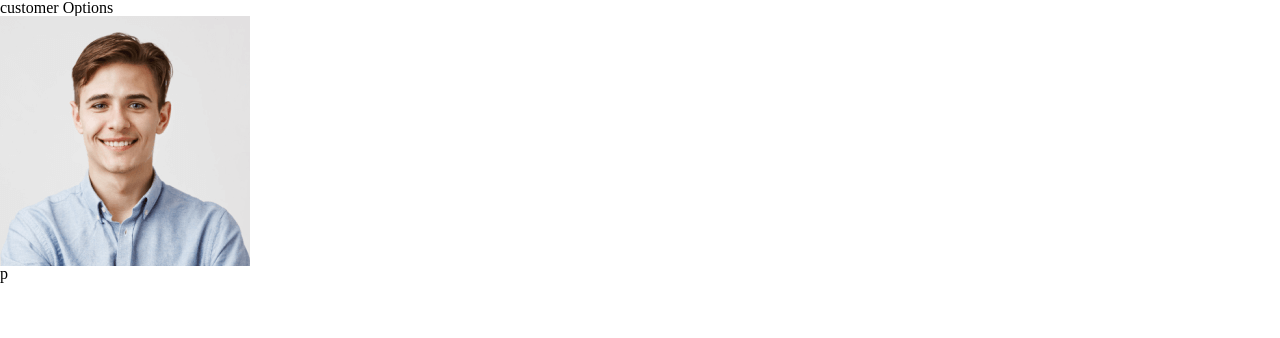
Repository: dinhhaidh/slider-3
Page: index.html
An editor plug-in stored every save of this project. The page is shown before and after the next save, followed by the edit.
The browser window is 1280 px wide. The pictures show the whole page.

Above is the page before, as saved 2024-03-22 20:06:57.

### index.html
<!DOCTYPE html>
<html lang="en">
<head>
    <meta charset="UTF-8">
    <meta name="viewport" content="width=device-width, initial-scale=1.0">
    <title>Document</title>

    <link rel="stylesheet" href="style.css">

</head>
<body>
    <div class="customer">
        <h3 class="customer__title">customer Options</h3>
        <div class="customer__container container">
            <div class="customer__swiper">
                <div>
                    <article class="customer__article">
                        <img src="./img1.png" alt="image" class="customer__img">

                        p
                    </article>
                </div>
            </div>
        </div>
    </div>
</body>
</html>

### style.css
*,
*:before,
*:after {
  box-sizing: border-box;
}
* {
  margin: 0;
  padding: 0;
  font: inherit;
}
img,
picture,
svg,
video {
  display: block;
  max-width: 100%;
}
input,
select,
textarea {
  background-color: transparent;
  outline: none;
}
button {
  cursor: pointer;
  background-color: transparent;
  outline: none;
  border: 0;
}
body {
  min-height: 100vh;
  font-weight: 400;
  font-size: 16px;
  line-height: 1;
}

After the next save:
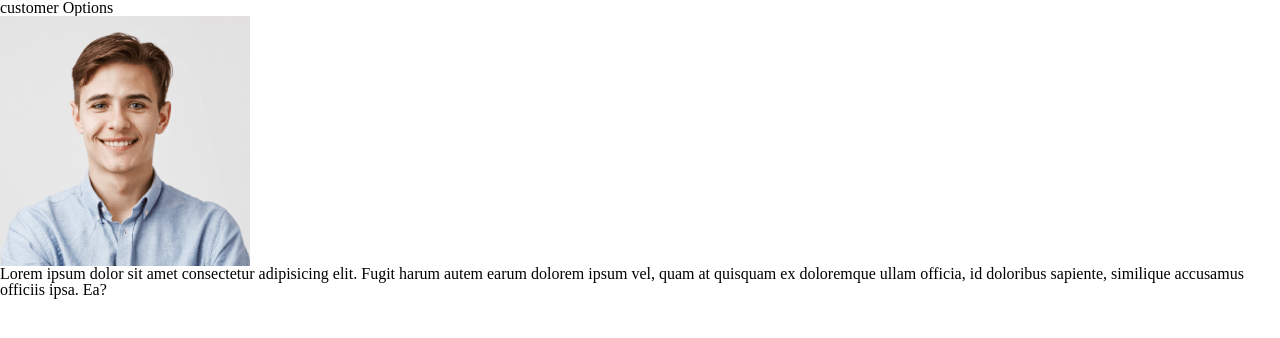
Saved 9 s later.
--- a/index.html
+++ b/index.html
@@ -17,7 +17,9 @@
                     <article class="customer__article">
                         <img src="./img1.png" alt="image" class="customer__img">
 
-                        p
+                        <p>
+                            Lorem ipsum dolor sit amet consectetur adipisicing elit. Fugit harum autem earum dolorem ipsum vel, quam at quisquam ex doloremque ullam officia, id doloribus sapiente, similique accusamus officiis ipsa. Ea?
+                        </p>
                     </article>
                 </div>
             </div>
